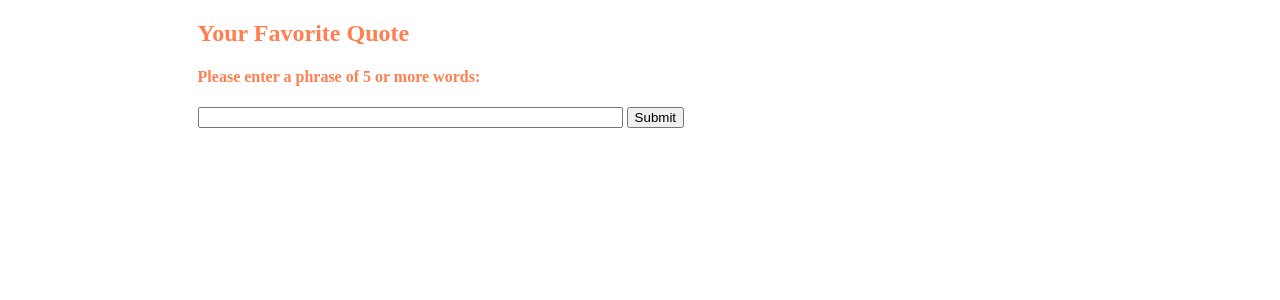
Repository: oduong1/COSW30
Page: homework/hw4/quote.html
The author's editor kept a record of every edit. The page is drawn from the files as they stood at one moment, then again after the next edit.
The browser window is 1280 px wide. The pictures show the whole page.

Above is the page before.

After the next edit:
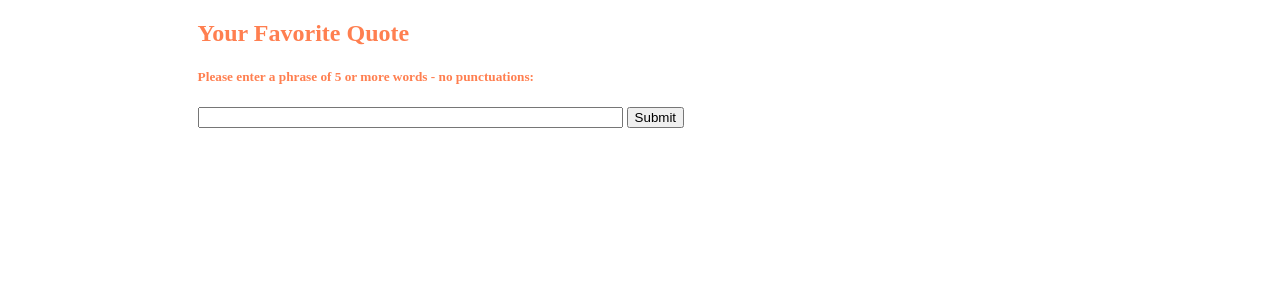
The edit:
--- a/homework/hw4/quote.html
+++ b/homework/hw4/quote.html
@@ -20,7 +20,7 @@
     <h2>Your Favorite Quote</h2>
         <form action="quote_process.php" method="POST">
 
-    <h4>Please enter a phrase of 5 or more words:</h4>
+        <h5>Please enter a phrase of 5 or more words - no punctuations:</h5>
     <p>
         <input type="text" name="phrase" size="50" maxlength="150" required>
         <input type="submit" name="submit" value="Submit">
